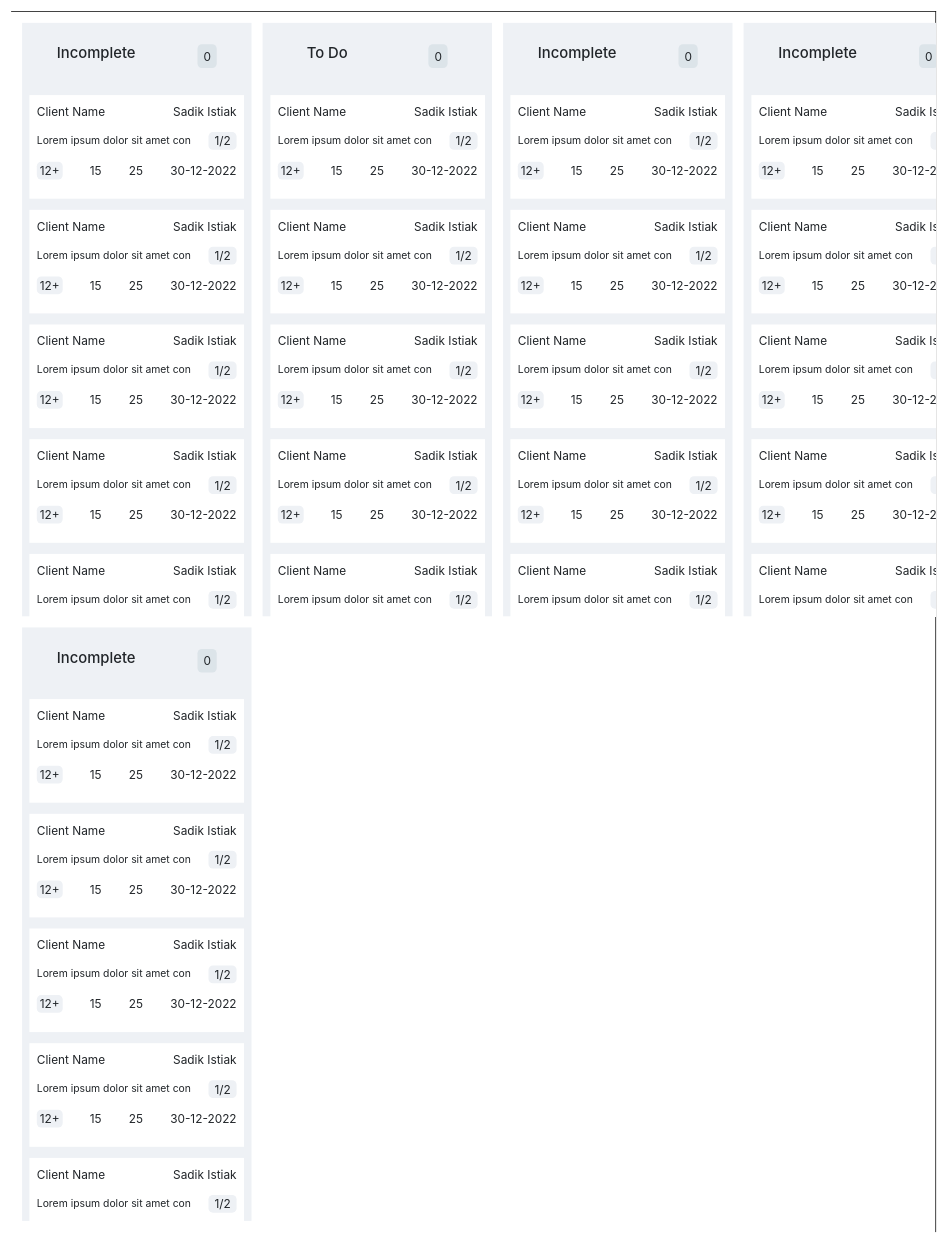
Repository: Sharif-00112/dashboard-task-frontend
Page: /
These files come from the project's save history. The page is drawn as it stood at one moment and after the next save; the edit follows.
The browser window is 1280 px wide. The pictures show the whole page, at 74% of full size.
The project was rebuilt for these pictures with package versions that can differ from the ones it lists, and the page was loaded fresh each time.

Above is the page before, as saved 2023-01-29 20:43:49.

### public/index.html
<!DOCTYPE html>
<html lang="en">
  <head>
    <meta charset="utf-8" />
    <link rel="icon" href="%PUBLIC_URL%/favicon.ico" />
    <meta name="viewport" content="width=device-width, initial-scale=1" />
    <meta name="theme-color" content="#000000" />
    <meta
      name="description"
      content="Web site created using create-react-app"
    />
    <!-- <script src="https://kit.fontawesome.com/eb9242a349.js" crossorigin="anonymous"></script>
    <link rel="stylesheet" href="https://kit.fontawesome.com/eb9242a349.css" crossorigin="anonymous"> -->

    <link rel="apple-touch-icon" href="%PUBLIC_URL%/logo192.png" />
    <!--
      manifest.json provides metadata used when your web app is installed on a
      user's mobile device or desktop. See https://developers.google.com/web/fundamentals/web-app-manifest/
    -->
    <link rel="manifest" href="%PUBLIC_URL%/manifest.json" />
    <!--
      Notice the use of %PUBLIC_URL% in the tags above.
      It will be replaced with the URL of the `public` folder during the build.
      Only files inside the `public` folder can be referenced from the HTML.

      Unlike "/favicon.ico" or "favicon.ico", "%PUBLIC_URL%/favicon.ico" will
      work correctly both with client-side routing and a non-root public URL.
      Learn how to configure a non-root public URL by running `npm run build`.
    -->
    <title>React App</title>
  </head>
  <body>
    <noscript>You need to enable JavaScript to run this app.</noscript>
    <div id="root"></div>
    <!--
      This HTML file is a template.
      If you open it directly in the browser, you will see an empty page.

      You can add webfonts, meta tags, or analytics to this file.
      The build step will place the bundled scripts into the <body> tag.

      To begin the development, run `npm start` or `yarn start`.
      To create a production bundle, use `npm run build` or `yarn build`.
    -->
  </body>
</html>

### src/index.js
import React from 'react';
import 'bootstrap/dist/css/bootstrap.css';
import ReactDOM from 'react-dom/client';
import './index.css';
import App from './App';
import reportWebVitals from './reportWebVitals';

const root = ReactDOM.createRoot(document.getElementById('root'));
root.render(
  <React.StrictMode>
    <App />
  </React.StrictMode>
);

// If you want to start measuring performance in your app, pass a function
// to log results (for example: reportWebVitals(console.log))
// or send to an analytics endpoint. Learn more: https://bit.ly/CRA-vitals
reportWebVitals();

### src/App.js
import './App.css';
import Dashboard from './Components/Dashboard';
import './Components/styles.css'

function App() {
  return (
    <div className="App">
      <Dashboard></Dashboard>
    </div>
  );
}

export default App;

### src/Components/Dashboard.js
import React from 'react';
import Incomplete from './Incomplete';
import ToDo from './ToDo';

const Dashboard = () => {
    return (
        <div className='dashboard landing'  style={{overflowX:"scroll"}} >
            <Incomplete></Incomplete>
            <ToDo></ToDo>
            <Incomplete></Incomplete>
            <Incomplete></Incomplete>
            <Incomplete></Incomplete>
            <Incomplete></Incomplete>
            <Incomplete></Incomplete>
        </div>
    );
};

export default Dashboard;

### src/Components/styles.css
.background{
    background-color: rgb(238, 241, 245);
}

.background-top{
    background-color: rgb(220, 228, 233);
}

.section-container{
    width: 310px;
    height: 100vh;
}

.task-part{
    display: flex;
    justify-content: space-between;
}

.task-title{
    display: flex;
    justify-content: space-around;
    padding: 5px;
}

.task{
    background-color: white;
    margin: 15px 10px;
    padding: 10px;
}

.dashboard{
    display: grid;
    grid-template-columns: 1fr 1fr 1fr 1fr 1fr 1fr;
    grid-gap: 15px;
}

.landing{
    border-top: 1px solid black;
    border-right: 1px solid black;
    padding: 15px;
    margin: 15px;
    width: auto;
}

### src/Components/Incomplete.js
import React, { useState } from 'react';
import { useEffect } from 'react';
import './styles.css';
import Task from './Task';

const Incomplete = () => {
    const [tasks, setTasks] = useState([]);
    useEffect( ()=> {
        fetch('./tasks.JSON')
        .then(res => res.json())
        .then(data => setTasks(data))
    } ,[])
    return (
        <div className='background pt-4'>
            <div className="task-title">
                <h5>Incomplete</h5>
                <p className='background-top px-2 py-1 rounded'>0</p>
            </div>
            <div style={{overflowY:"scroll"}} className="section-container">
                <div className="task-container">
                    {
                        tasks.map(task => <Task
                            key={task.taskNo}
                            task={task}
                        ></Task>)
                    }
                </div>
            </div>
        </div>
    );
};

export default Incomplete;

### src/Components/ToDo.js
import React, { useState } from 'react';
import { useEffect } from 'react';
import './styles.css';
import Task from './Task';

const ToDo = () => {
    const [tasks, setTasks] = useState([]);
    useEffect( ()=> {
        fetch('./tasks.JSON')
        .then(res => res.json())
        .then(data => setTasks(data))
    } ,[])
    return (
        <div className='background pt-4'>
            <div className="task-title">
                <h5>To Do</h5>
                <p className='background-top px-2 py-1 rounded'>0</p>
            </div>
            <div style={{overflowY:"scroll"}} className="section-container">
                <div className="task-container">
                    {
                        tasks.map(task => <Task
                            key={task.taskNo}
                            task={task}
                        ></Task>)
                    }
                </div>
            </div>
        </div>
    );
};

export default ToDo;

### src/Components/Task.js
import React from 'react';
import './styles.css';

const Task = (props) => {
    const {clientName, clientImg, supervisorName, supervisorImg, taskSummary, progress, staff1Img, staff2Img, modules, message, attachment, date} = props.task;
    return (
        <div className='task'>
            <div className="task-part">

                <p>{clientName}</p>
                <p>{supervisorName}</p>
            </div>
            <div className="task-part">
                <small>{taskSummary.substring(0,30)}</small>
                <p className='background px-2 rounded'>{progress}</p>
            </div>
            <div className="task-part">
                <p className='background px-1 rounded'>{modules}+</p>
                <p>{message}</p>
                <p>{attachment}</p>
                <p>{date}</p>
            </div>
        </div>
    );
};

export default Task;

### public/tasks.JSON
[
  {
    "taskNo": 1,
    "clientName": "Client Name",
    "clientImg": "clientIMG.jpg",
    "supervisorName": "Sadik Istiak",
    "supervisorImg": "supervisorIMG.jpg",
    "taskSummary": "Lorem ipsum dolor sit amet consectetur adipisicing elit. Pariatur velit nemo accusamus. Dolorum, doloribus quisquam unde repellat iusto voluptatum quasi?",
    "progress": "1/2",
    "staff1Img": "staff1.jpg",
    "staff2Img": "staff2.jpg",
    "modules": 12,
    "message": 15,
    "attachment": 25,
    "date": "30-12-2022"
  },
  {
    "taskNo": 2,
    "clientName": "Client Name",
    "clientImg": "clientIMG.jpg",
    "supervisorName": "Sadik Istiak",
    "supervisorImg": "supervisorIMG.jpg",
    "taskSummary": "Lorem ipsum dolor sit amet consectetur adipisicing elit. Pariatur velit nemo accusamus. Dolorum, doloribus quisquam unde repellat iusto voluptatum quasi?",
    "progress": "1/2",
    "staff1Img": "staff1.jpg",
    "staff2Img": "staff2.jpg",
    "modules": 12,
    "message": 15,
    "attachment": 25,
    "date": "30-12-2022"
  },
  {
    "taskNo": 3,
    "clientName": "Client Name",
    "clientImg": "clientIMG.jpg",
    "supervisorName": "Sadik Istiak",
    "supervisorImg": "supervisorIMG.jpg",
    "taskSummary": "Lorem ipsum dolor sit amet consectetur adipisicing elit. Pariatur velit nemo accusamus. Dolorum, doloribus quisquam unde repellat iusto voluptatum quasi?",
    "progress": "1/2",
    "staff1Img": "staff1.jpg",
    "staff2Img": "staff2.jpg",
    "modules": 12,
    "message": 15,
    "attachment": 25,
    "date": "30-12-2022"
  },
  {
    "taskNo": 4,
    "clientName": "Client Name",
    "clientImg": "clientIMG.jpg",
    "supervisorName": "Sadik Istiak",
    "supervisorImg": "supervisorIMG.jpg",
    "taskSummary": "Lorem ipsum dolor sit amet consectetur adipisicing elit. Pariatur velit nemo accusamus. Dolorum, doloribus quisquam unde repellat iusto voluptatum quasi?",
    "progress": "1/2",
    "staff1Img": "staff1.jpg",
    "staff2Img": "staff2.jpg",
    "modules": 12,
    "message": 15,
    "attachment": 25,
    "date": "30-12-2022"
  },
  {
    "taskNo": 5,
    "clientName": "Client Name",
    "clientImg": "clientIMG.jpg",
    "supervisorName": "Sadik Istiak",
    "supervisorImg": "supervisorIMG.jpg",
    "taskSummary": "Lorem ipsum dolor sit amet consectetur adipisicing elit. Pariatur velit nemo accusamus. Dolorum, doloribus quisquam unde repellat iusto voluptatum quasi?",
    "progress": "1/2",
    "staff1Img": "staff1.jpg",
    "staff2Img": "staff2.jpg",
    "modules": 12,
    "message": 15,
    "attachment": 25,
    "date": "30-12-2022"
  },
  {
    "taskNo": 6,
    "clientName": "Client Name",
    "clientImg": "clientIMG.jpg",
    "supervisorName": "Sadik Istiak",
    "supervisorImg": "supervisorIMG.jpg",
    "taskSummary": "Lorem ipsum dolor sit amet consectetur adipisicing elit. Pariatur velit nemo accusamus. Dolorum, doloribus quisquam unde repellat iusto voluptatum quasi?",
    "progress": "1/2",
    "staff1Img": "staff1.jpg",
    "staff2Img": "staff2.jpg",
    "modules": 12,
    "message": 15,
    "attachment": 25,
    "date": "30-12-2022"
  },
  {
    "taskNo": 7,
    "clientName": "Client Name",
    "clientImg": "clientIMG.jpg",
    "supervisorName": "Sadik Istiak",
    "supervisorImg": "supervisorIMG.jpg",
    "taskSummary": "Lorem ipsum dolor sit amet consectetur adipisicing elit. Pariatur velit nemo accusamus. Dolorum, doloribus quisquam unde repellat iusto voluptatum quasi?",
    "progress": "1/2",
    "staff1Img": "staff1.jpg",
    "staff2Img": "staff2.jpg",
    "modules": 12,
    "message": 15,
    "attachment": 25,
    "date": "30-12-2022"
  },
  {
    "taskNo": 8,
    "clientName": "Client Name",
    "clientImg": "clientIMG.jpg",
    "supervisorName": "Sadik Istiak",
    "supervisorImg": "supervisorIMG.jpg",
    "taskSummary": "Lorem ipsum dolor sit amet consectetur adipisicing elit. Pariatur velit nemo accusamus. Dolorum, doloribus quisquam unde repellat iusto voluptatum quasi?",
    "progress": "1/2",
    "staff1Img": "staff1.jpg",
    "staff2Img": "staff2.jpg",
    "modules": 12,
    "message": 15,
    "attachment": 25,
    "date": "30-12-2022"
  },
  {
    "taskNo": 9,
    "clientName": "Client Name",
    "clientImg": "clientIMG.jpg",
    "supervisorName": "Sadik Istiak",
    "supervisorImg": "supervisorIMG.jpg",
    "taskSummary": "Lorem ipsum dolor sit amet consectetur adipisicing elit. Pariatur velit nemo accusamus. Dolorum, doloribus quisquam unde repellat iusto voluptatum quasi?",
    "progress": "1/2",
    "staff1Img": "staff1.jpg",
    "staff2Img": "staff2.jpg",
    "modules": 12,
    "message": 15,
    "attachment": 25,
    "date": "30-12-2022"
  },
  {
    "taskNo": 10,
    "clientName": "Client Name",
    "clientImg": "clientIMG.jpg",
    "supervisorName": "Sadik Istiak",
    "supervisorImg": "supervisorIMG.jpg",
    "taskSummary": "Lorem ipsum dolor sit amet consectetur adipisicing elit. Pariatur velit nemo accusamus. Dolorum, doloribus quisquam unde repellat iusto voluptatum quasi?",
    "progress": "1/2",
    "staff1Img": "staff1.jpg",
    "staff2Img": "staff2.jpg",
    "modules": 12,
    "message": 15,
    "attachment": 25,
    "date": "30-12-2022"
  }
]

Loaded but not shown: src/index.css (common file); src/reportWebVitals.js (common file); src/App.css (common file)

After the next save:
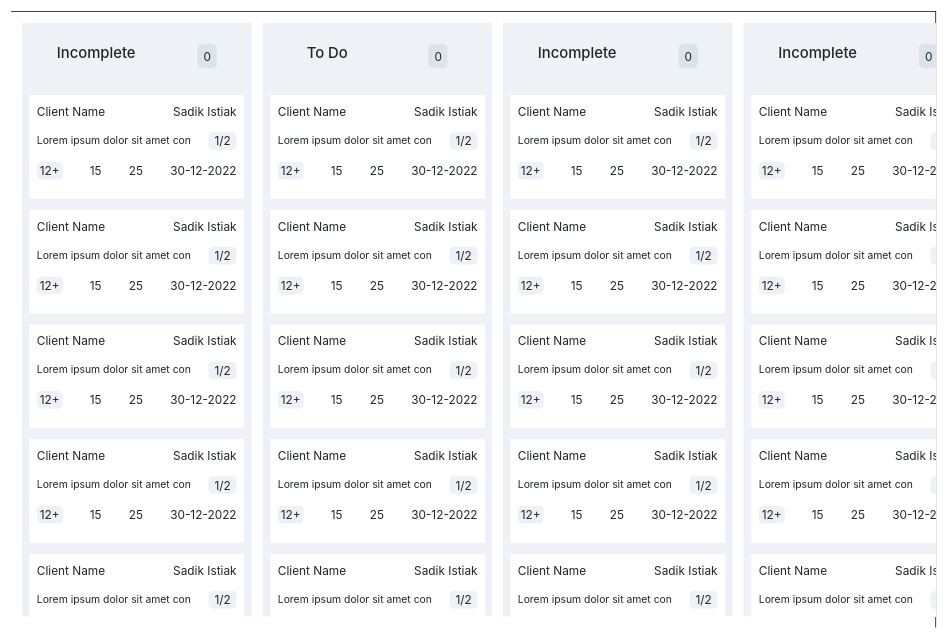
Saved 19 s later.
--- a/src/Components/Dashboard.js
+++ b/src/Components/Dashboard.js
@@ -11,7 +11,6 @@ const Dashboard = () => {
             <Incomplete></Incomplete>
             <Incomplete></Incomplete>
             <Incomplete></Incomplete>
-            <Incomplete></Incomplete>
         </div>
     );
 };
